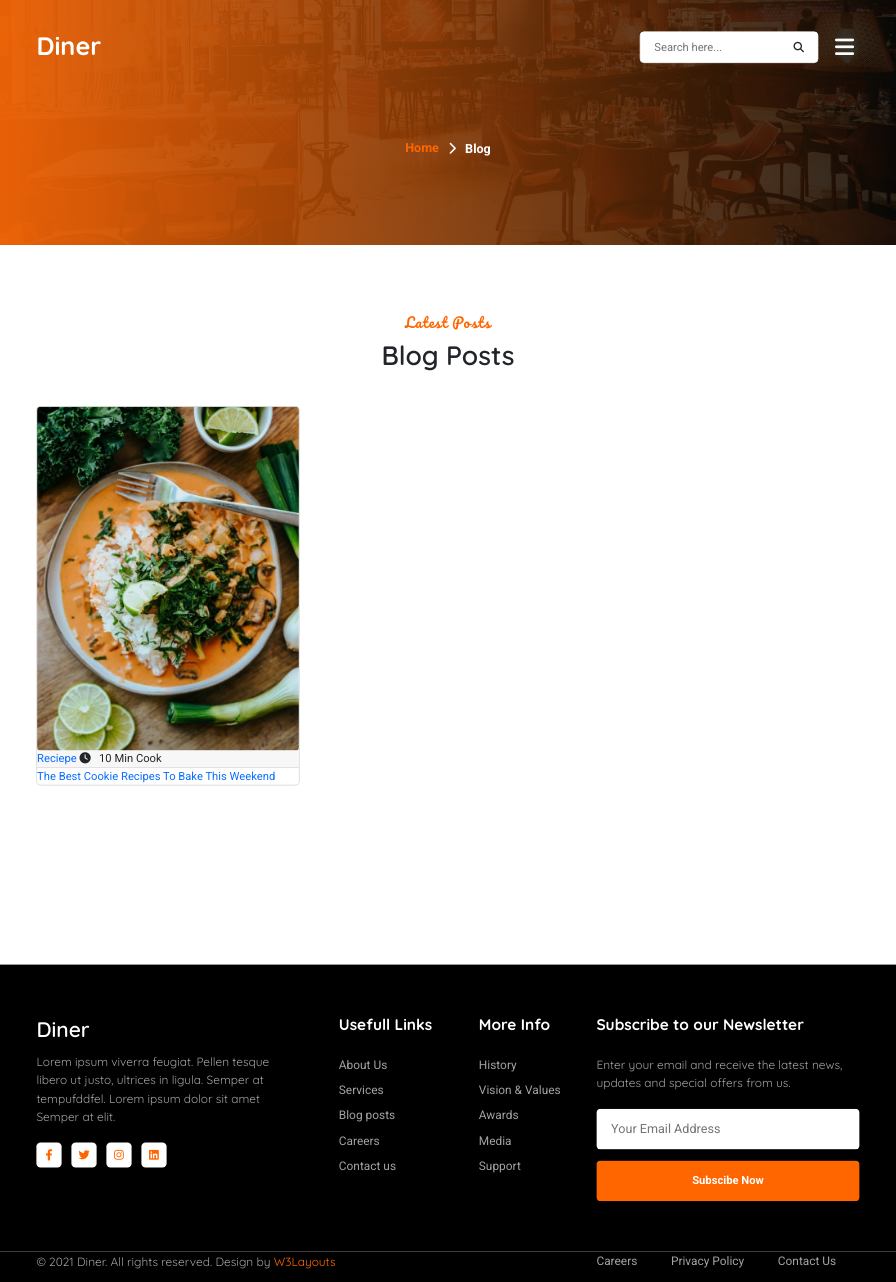
Repository: minhtrivu6199/Diner
Page: blog.html
An editor plug-in stored every save of this project. The page is shown before and after the next save, followed by the edit.
The browser window is 1280 px wide. The pictures show the whole page, at 70% of full size.
Backgrounds fixed to the window are drawn as part of the page. The style sheet was rebuilt from its Sass, Less or Tailwind sources for each picture, by a compiler version that may differ from the author's.

Above is the page before, as saved 2022-10-11 23:38:20.

After the next save:
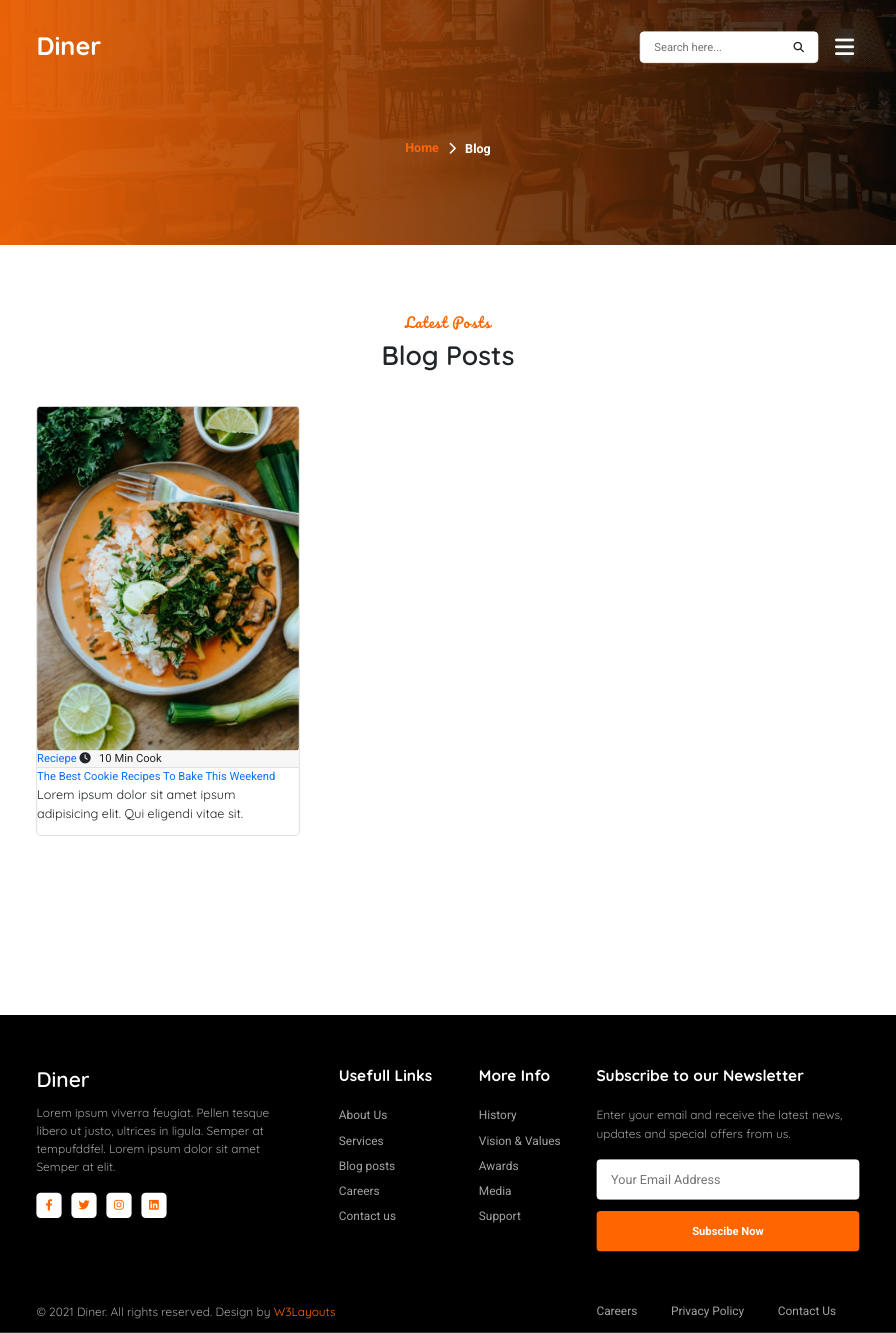
Saved 18 s later.
--- a/blog.html
+++ b/blog.html
@@ -149,6 +149,9 @@
                                     <a href="" class="card-desc">
                                         The Best Cookie Recipes To Bake This Weekend
                                     </a>
+                                    <p>
+                                        Lorem ipsum dolor sit amet ipsum adipisicing elit. Qui eligendi vitae sit.
+                                    </p>
                                 </div>
                             </div>
                         </div>
